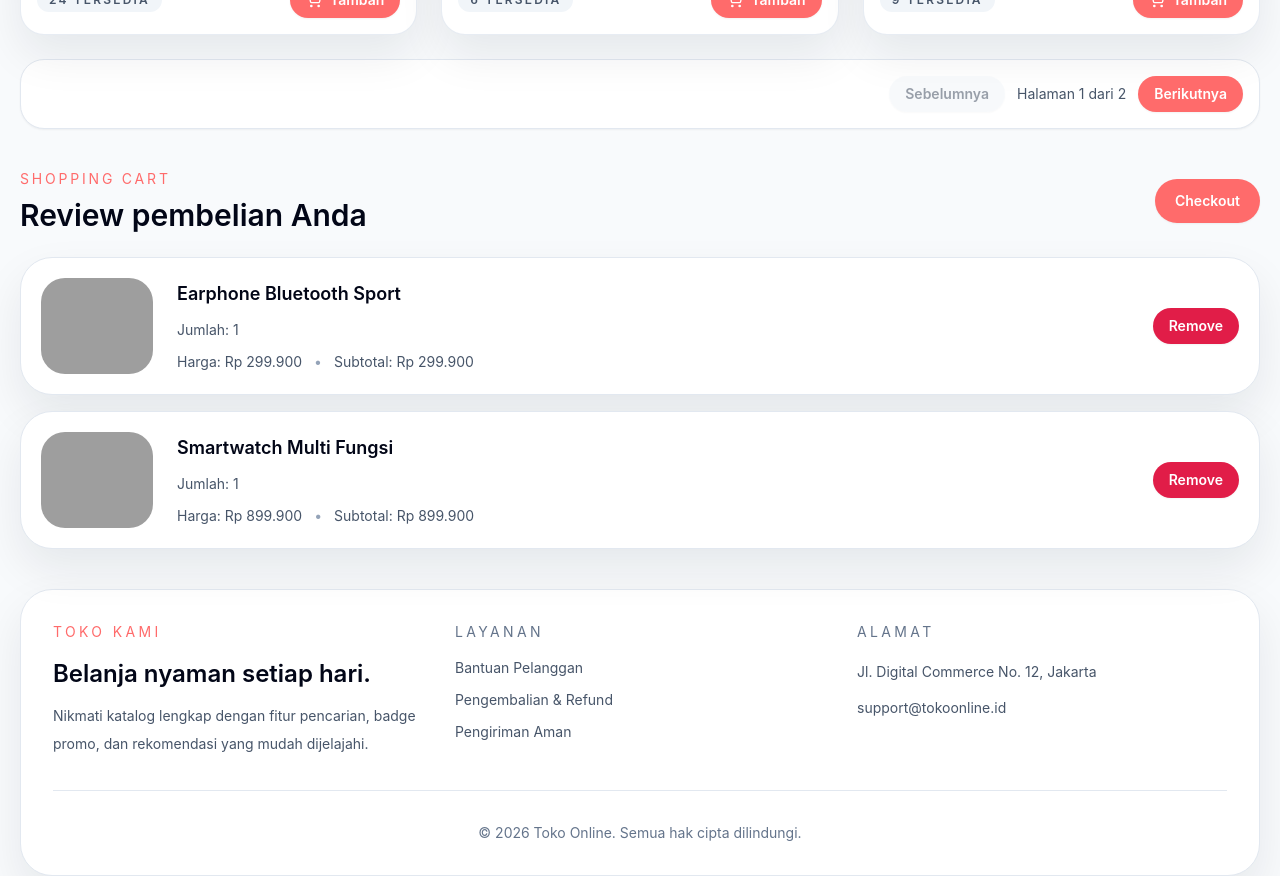
Repository: arifnurdian/taiwan-mobile-test
Page: /
The author's editor kept a copy of each file at every save. The page is drawn from the files as they stood at one save, then again after the next save.
The browser window is 1280 px wide. The pictures show the part of the page from y = 2226 to 3178 px (the page is 3102 px tall before and 3178 px after).
Pictures or frames that could not be fetched are drawn as grey boxes. The project was rebuilt for these pictures with package versions that can differ from the ones it lists, and the page was loaded fresh each time. The framework's server and built-in components were replaced by stand-ins that run in the browser. Also part of the build but not shown: next.config.mjs, components/RemoveCartItemDialog.tsx.

Above is the page before, as saved 2026-05-26 11:44:37.

### app/layout.tsx
import type { Metadata } from 'next';
import './globals.css';
import { ToastProvider } from '@/components/ToastProvider';
import { CartProvider } from '@/context/CartContext';

export const metadata: Metadata = {
  title: '精品商店 | Storefront',
  description: 'Halaman katalog toko online modern dengan Next.js, Tailwind CSS, dan komponen ShadCN style.',
};

export default function RootLayout({ children }: { children: React.ReactNode }) {
  return (
    <html lang="id">
      <body>
        <CartProvider>
          <ToastProvider>{children}</ToastProvider>
        </CartProvider>
      </body>
    </html>
  );
}

### app/page.tsx
'use client';

import { useMemo, useState } from 'react';
import { useRouter } from 'next/navigation';
import { Navbar } from '@/components/Navbar';
import { HeroBanner } from '@/components/HeroBanner';
import { PromoBanner } from '@/components/PromoBanner';
import { CategoryList } from '@/components/CategoryList';
import { CheckoutDialog } from '@/components/CheckoutDialog';
import { RemoveCartItemDialog } from '@/components/RemoveCartItemDialog';
import { ProductGrid } from '@/components/ProductGrid';
import { PaginationSection } from '@/components/PaginationSection';
import { Footer } from '@/components/Footer';
import { Card } from '@/components/ui/card';
import { Button } from '@/components/ui/button';
import { useCart } from '@/context/CartContext';
import { CartItem } from '@/types/cart';
import { categories } from '@/data/categories';
import { products as allProducts } from '@/data/products';
import { formatCurrency } from '@/lib/utils';
import {
  showAddToCartNotification,
  showCartErrorNotification,
  showCartUpdatedNotification,
} from '@/lib/cart-notification';

const PRODUCTS_PER_PAGE = 6;

export default function HomePage() {
  const [searchValue, setSearchValue] = useState('');
  const [selectedCategory, setSelectedCategory] = useState<string>('Semua');
  const { cart, addItem, removeItem, setCart, getTotalQuantity } = useCart();
  const [isCheckoutOpen, setIsCheckoutOpen] = useState(false);
  const [removeDialogOpen, setRemoveDialogOpen] = useState(false);
  const [selectedRemoveItem, setSelectedRemoveItem] = useState<CartItem | null>(null);
  const [page, setPage] = useState(1);

  const filteredProducts = useMemo(() => {
    const lowerSearch = searchValue.toLowerCase();
    const base = selectedCategory === 'Semua'
      ? allProducts
      : allProducts.filter((item) => item.category === selectedCategory);

    return base.filter((product) =>
      product.name.toLowerCase().includes(lowerSearch) ||
      product.category.toLowerCase().includes(lowerSearch),
    );
  }, [searchValue, selectedCategory]);

  const totalPages = Math.max(1, Math.ceil(filteredProducts.length / PRODUCTS_PER_PAGE));
  const currentPage = Math.min(page, totalPages);
  const pageProducts = filteredProducts.slice((currentPage - 1) * PRODUCTS_PER_PAGE, currentPage * PRODUCTS_PER_PAGE);

  const router = useRouter();

  const handleAddToCart = async (productId: number) => {
    const product = allProducts.find((item) => item.id === productId);
    if (!product) {
      showCartErrorNotification(() => router.push('/cart'));
      return;
    }

    try {
      const existingItem = cart.find((item) => item.id === productId);
      addItem(product);

      if (existingItem) {
        showCartUpdatedNotification(product, () => router.push('/cart'));
      } else {
        showAddToCartNotification(product, () => router.push('/cart'));
      }
    } catch (error) {
      showCartErrorNotification(() => router.push('/cart'));
    }
  };

  const handleCheckout = async () => {
    await new Promise((resolve) => setTimeout(resolve, 1200));
    setCart([]);
    setIsCheckoutOpen(false);
  };

  const handleRemoveItem = async (itemId: number) => {
    await new Promise((resolve) => setTimeout(resolve, 500));
    removeItem(itemId);
    setSelectedRemoveItem(null);
    setRemoveDialogOpen(false);
  };

  const openRemoveDialog = (item: CartItem) => {
    setSelectedRemoveItem(item);
    setRemoveDialogOpen(true);
  };

  const closeRemoveDialog = (open: boolean) => {
    if (!open) {
      setSelectedRemoveItem(null);
    }
    setRemoveDialogOpen(open);
  };

  return (
    <div className="min-h-screen bg-slate-50">
      <Navbar searchValue={searchValue} onSearchChange={(value) => { setSearchValue(value); setPage(1); }} />
      <main className="container py-8">
        <div className="space-y-10">
          <HeroBanner />
          <section className="grid gap-10">
            <div className="flex flex-col gap-4 sm:flex-row sm:items-center sm:justify-between">
              <div>
                <p className="text-sm uppercase tracking-[0.2em] text-brand">Koleksi Terkini</p>
                <h2 className="mt-2 text-3xl font-semibold text-slate-950">Telusuri produk dengan cepat</h2>
              </div>
              <div className="flex flex-wrap gap-2">
                <Button
                  className={`rounded-full border px-4 py-2 text-sm font-semibold ${selectedCategory === 'Semua' ? 'border-brand bg-brand text-white' : 'border-slate-200 bg-white text-slate-900'}`}
                  onClick={() => { setSelectedCategory('Semua'); setPage(1); }}
                >
                  Semua
                </Button>
                {categories.map((category) => (
                  <Button
                    key={category.id}
                    className={`rounded-full border px-4 py-2 text-sm font-semibold ${selectedCategory === category.name ? 'border-brand bg-brand text-white' : 'border-slate-200 bg-white text-slate-900'}`}
                    onClick={() => { setSelectedCategory(category.name); setPage(1); }}
                  >
                    {category.name}
                  </Button>
                ))}
              </div>
            </div>
            <PromoBanner />
          </section>
          <section className="space-y-6">
            <div className="flex flex-col gap-3 sm:flex-row sm:items-center sm:justify-between">
              <div>
                <p className="text-sm uppercase tracking-[0.2em] text-brand">Kategori Pilihan</p>
                <h2 className="mt-2 text-3xl font-semibold text-slate-950">Temukan barang favorit</h2>
              </div>
              <p className="text-sm text-slate-600">Menampilkan {filteredProducts.length} produk untuk {selectedCategory.toLowerCase()}.</p>
            </div>
            <CategoryList />
          </section>
          <section className="space-y-6">
            <div className="flex flex-col gap-3 sm:flex-row sm:items-center sm:justify-between">
              <div>
                <p className="text-sm uppercase tracking-[0.2em] text-brand">Katalog Produk</p>
                <h2 className="mt-2 text-3xl font-semibold text-slate-950">Pilihan terbaik untuk Anda</h2>
              </div>
              <div className="flex items-center gap-3 text-sm text-slate-600">
                <span>{filteredProducts.length} hasil</span>
                <span className="hidden sm:inline">·</span>
                <span>{currentPage} / {totalPages}</span>
              </div>
            </div>
            <ProductGrid products={pageProducts} onAddToCart={handleAddToCart} />
            <PaginationSection page={currentPage} totalPages={totalPages} onChange={setPage} />
          </section>
          <section className="space-y-6">
            <div className="flex flex-col gap-3 sm:flex-row sm:items-center sm:justify-between">
              <div>
                <p className="text-sm uppercase tracking-[0.2em] text-brand">Shopping Cart</p>
                <h2 className="mt-2 text-3xl font-semibold text-slate-950">Review pembelian Anda</h2>
              </div>
              <Button
                className="rounded-full bg-brand px-5 py-3 text-sm text-white hover:bg-brand-dark disabled:bg-slate-300 disabled:text-slate-600"
                onClick={() => setIsCheckoutOpen(true)}
                disabled={cart.length === 0}
              >
                Checkout
              </Button>
            </div>
            {cart.length === 0 ? (
              <div className="rounded-[2rem] border border-slate-200 bg-white p-8 text-slate-600">
                Keranjang Anda kosong. Tambahkan produk untuk melihat ringkasan pesanan.
              </div>
            ) : (
              <div className="grid gap-4">
                {cart.map((item) => (
                  <Card key={item.id} className="grid gap-4 rounded-[2rem] border border-slate-200 bg-white p-5 md:grid-cols-[120px_1fr_auto] md:items-center">
                    <img src={item.image} alt={item.name} className="h-28 w-full rounded-3xl object-cover md:h-24 md:w-28" />
                    <div className="space-y-3">
                      <p className="text-lg font-semibold text-slate-950">{item.name}</p>
                      <p className="text-sm text-slate-600">Jumlah: {item.quantity}</p>
                      <div className="flex flex-wrap items-center gap-3 text-sm text-slate-600">
                        <span>Harga: {formatCurrency(item.price)}</span>
                        <span className="text-slate-400">•</span>
                        <span>Subtotal: {formatCurrency(item.price * item.quantity)}</span>
                      </div>
                    </div>
                    <Button
                      className="self-start rounded-full bg-rose-600 px-4 py-2 text-sm text-white hover:bg-rose-700 md:self-center"
                      onClick={() => openRemoveDialog(item)}
                    >
                      Remove
                    </Button>
                  </Card>
                ))}
              </div>
            )}
          </section>
          <Footer />
          <CheckoutDialog open={isCheckoutOpen} onOpenChange={setIsCheckoutOpen} items={cart} onCheckout={handleCheckout} />
          {selectedRemoveItem && (
            <RemoveCartItemDialog
              open={removeDialogOpen}
              onOpenChange={closeRemoveDialog}
              item={selectedRemoveItem}
              onRemove={handleRemoveItem}
            />
          )}
        </div>
      </main>
    </div>
  );
}

### components/ToastProvider.tsx
'use client';

import { type ReactNode } from 'react';
import { Toaster } from 'sonner';

interface ToastProviderProps {
  children: ReactNode;
}

export function ToastProvider({ children }: ToastProviderProps) {
  return (
    <>
      <Toaster richColors position="bottom-right" closeButton />
      {children}
    </>
  );
}

### context/CartContext.tsx
'use client';

import { createContext, useCallback, useContext, useMemo, useState, type ReactNode } from 'react';
import { type CartItem } from '@/types/cart';
import { getTotalCartItems, getTotalCartQuantity } from '@/lib/cart-utils';
import { type Product } from '@/data/products';

interface CartContextValue {
  cart: CartItem[];
  setCart: React.Dispatch<React.SetStateAction<CartItem[]>>;
  addItem: (product: Product) => void;
  removeItem: (id: number) => void;
  updateQuantity: (id: number, quantity: number) => void;
  getTotalQuantity: () => number;
  getTotalItems: () => number;
}

const CartContext = createContext<CartContextValue | undefined>(undefined);

const initialCartItems: CartItem[] = [
  {
    id: 1,
    name: 'Earphone Bluetooth Sport',
    image: 'https://images.unsplash.com/photo-1518444823824-0b31c8f0d34d?auto=format&fit=crop&w=800&q=80',
    price: 299900,
    quantity: 1,
  },
  {
    id: 2,
    name: 'Smartwatch Multi Fungsi',
    image: 'https://images.unsplash.com/photo-1517430816045-df4b7de5a315?auto=format&fit=crop&w=800&q=80',
    price: 899900,
    quantity: 1,
  },
];

interface CartProviderProps {
  children: ReactNode;
}

export function CartProvider({ children }: CartProviderProps) {
  const [cart, setCart] = useState<CartItem[]>(initialCartItems);

  const addItem = useCallback((product: Product) => {
    setCart((current) => {
      const existingItem = current.find((item) => item.id === product.id);
      if (existingItem) {
        return current.map((item) =>
          item.id === product.id ? { ...item, quantity: item.quantity + 1 } : item,
        );
      }

      return [
        ...current,
        {
          id: product.id,
          name: product.name,
          image: product.image,
          price: product.price,
          quantity: 1,
        },
      ];
    });
  }, []);

  const removeItem = useCallback((id: number) => {
    setCart((current) => current.filter((item) => item.id !== id));
  }, []);

  const updateQuantity = useCallback((id: number, quantity: number) => {
    setCart((current) =>
      current
        .map((item) => (item.id === id ? { ...item, quantity: Math.max(0, quantity) } : item))
        .filter((item) => item.quantity > 0),
    );
  }, []);

  const totalQuantity = useMemo(() => getTotalCartQuantity(cart), [cart]);
  const totalItems = useMemo(() => getTotalCartItems(cart), [cart]);

  const getTotalQuantity = useCallback(() => totalQuantity, [totalQuantity]);
  const getTotalItems = useCallback(() => totalItems, [totalItems]);

  const value = useMemo(
    () => ({ cart, setCart, addItem, removeItem, updateQuantity, getTotalQuantity, getTotalItems }),
    [cart, addItem, removeItem, updateQuantity, getTotalQuantity, getTotalItems],
  );

  return <CartContext.Provider value={value}>{children}</CartContext.Provider>;
}

export function useCart() {
  const context = useContext(CartContext);
  if (!context) {
    throw new Error('useCart must be used within CartProvider');
  }
  return context;
}

### data/categories.ts
export const categories = [
  { id: 1, name: 'Elektronik', icon: '⚡', description: 'Gadget populer untuk pekerjaan dan hiburan' },
  { id: 2, name: 'Rumah & Dapur', icon: '🏠', description: 'Peralatan rumah yang fungsional dan stylish' },
  { id: 3, name: 'Fashion', icon: '👗', description: 'Busana kasual dan trendi setiap hari' },
  { id: 4, name: 'Olahraga', icon: '🏃', description: 'Perlengkapan aktifitas dan fitness' },
];

### lib/utils.ts
import { type ClassValue, clsx } from 'clsx';
import { twMerge } from 'tailwind-merge';

export function cn(...inputs: ClassValue[]) {
  return twMerge(clsx(inputs));
}

export function formatCurrency(value: number) {
  return new Intl.NumberFormat('id-ID', {
    style: 'currency',
    currency: 'IDR',
    maximumFractionDigits: 0,
  }).format(value);
}

### components/SearchBar.tsx
import { Input } from '@/components/ui/input';
import { LucideSearch } from 'lucide-react';

interface SearchBarProps {
  value: string;
  onChange: (value: string) => void;
}

export function SearchBar({ value, onChange }: SearchBarProps) {
  return (
    <div className="relative w-full max-w-2xl">
      <LucideSearch className="pointer-events-none absolute left-4 top-1/2 h-4 w-4 -translate-y-1/2 text-slate-400" />
      <Input
        value={value}
        onChange={(event) => onChange(event.target.value)}
        placeholder="Cari produk, kategori, atau merek..."
        className="pl-11"
      />
    </div>
  );
}

### components/ui/separator.tsx
import * as React from 'react';
import { type HTMLAttributes } from 'react';
import { cn } from '@/lib/utils';

export interface SeparatorProps extends HTMLAttributes<HTMLHRElement> {}

const Separator = React.forwardRef<HTMLHRElement, SeparatorProps>(({ className, ...props }, ref) => (
  <hr ref={ref} className={cn('border-slate-200', className)} {...props} />
));
Separator.displayName = 'Separator';

export { Separator };

### components/ui/scroll-area.tsx
import * as React from 'react';
import { type HTMLAttributes, type ReactNode } from 'react';
import { cn } from '@/lib/utils';

interface ScrollAreaProps extends HTMLAttributes<HTMLDivElement> {
  children: ReactNode;
}

export function ScrollArea({ className, children, ...props }: ScrollAreaProps) {
  return (
    <div className={cn('overflow-y-auto pr-2', className)} {...props}>
      {children}
    </div>
  );
}

Loaded but not shown: components/CheckoutDialog.tsx (109 lines, source omitted); data/products.ts (185 lines, source omitted); components/ProductCard.tsx (65 lines, source omitted); components/HeroBanner.tsx (45 lines, source omitted); components/ui/dialog.tsx (62 lines, source omitted); components/Navbar.tsx (44 lines, source omitted); components/Footer.tsx (32 lines, source omitted); lib/cart-notification.ts (40 lines, source omitted); components/PaginationSection.tsx (21 lines, source omitted); components/CategoryCard.tsx (27 lines, source omitted); components/PromoBanner.tsx (22 lines, source omitted); components/ui/button.tsx (26 lines, source omitted); components/ui/input.tsx (20 lines, source omitted); components/ProductPrice.tsx (19 lines, source omitted); components/ProductRating.tsx (19 lines, source omitted); components/ui/badge.tsx (22 lines, source omitted); app/globals.css (40 lines, source omitted); components/ProductBadge.tsx (16 lines, source omitted); components/ui/card.tsx (19 lines, source omitted); components/ProductGrid.tsx (17 lines, source omitted); data/promotions.ts (20 lines, source omitted); lib/product-search.ts (14 lines, source omitted); tailwind.config.ts (25 lines, source omitted); components/CategoryList.tsx (17 lines, source omitted); lib/cart-utils.ts (17 lines, source omitted)

After the next save:
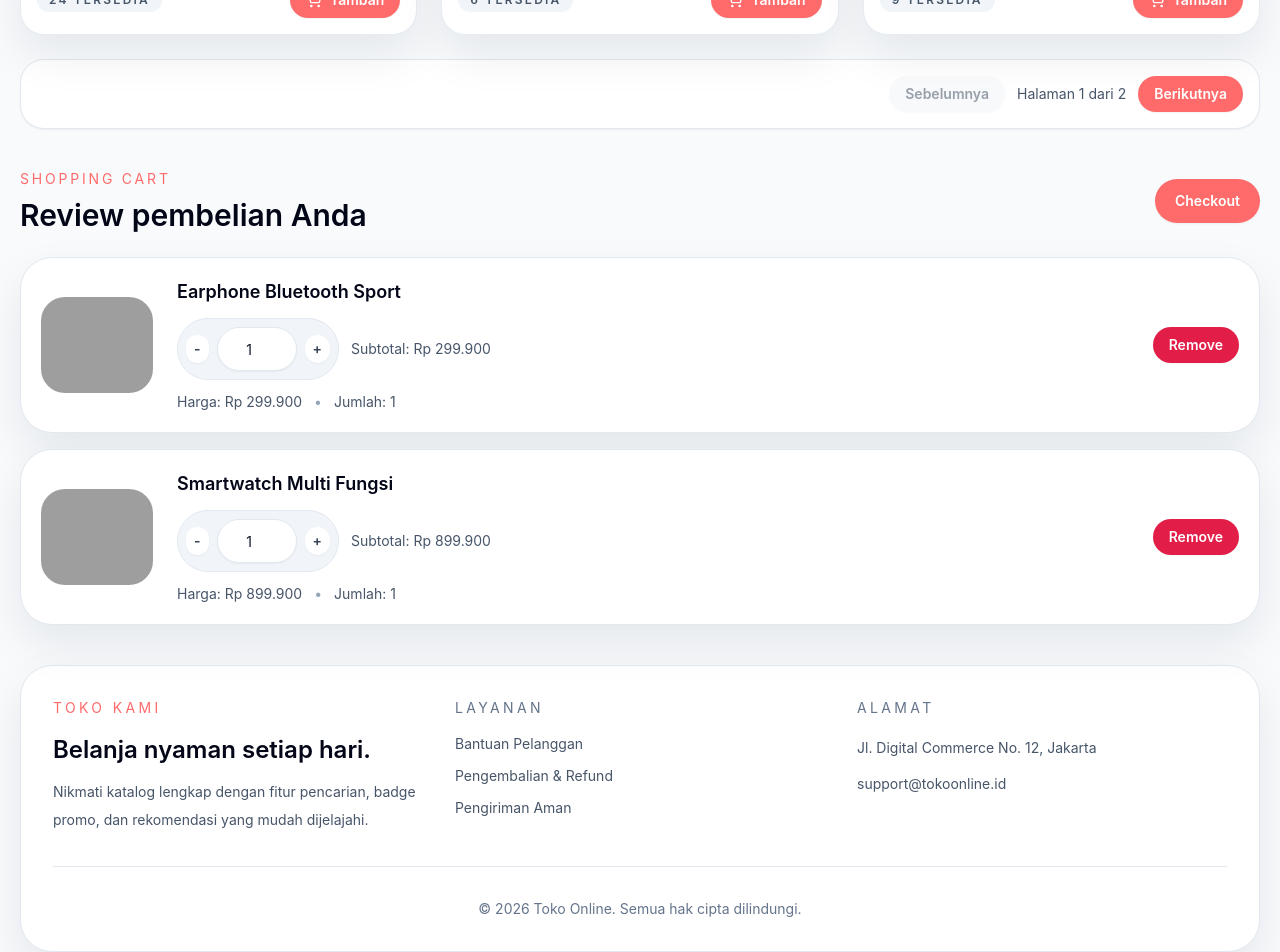
Saved 28 s later.
--- a/app/page.tsx
+++ b/app/page.tsx
@@ -13,11 +13,13 @@ import { PaginationSection } from '@/components/PaginationSection';
 import { Footer } from '@/components/Footer';
 import { Card } from '@/components/ui/card';
 import { Button } from '@/components/ui/button';
+import { Input } from '@/components/ui/input';
 import { useCart } from '@/context/CartContext';
 import { CartItem } from '@/types/cart';
 import { categories } from '@/data/categories';
 import { products as allProducts } from '@/data/products';
 import { formatCurrency } from '@/lib/utils';
+import { searchProducts } from '@/lib/product-search';
 import {
   showAddToCartNotification,
   showCartErrorNotification,
@@ -29,22 +31,18 @@ const PRODUCTS_PER_PAGE = 6;
 export default function HomePage() {
   const [searchValue, setSearchValue] = useState('');
   const [selectedCategory, setSelectedCategory] = useState<string>('Semua');
-  const { cart, addItem, removeItem, setCart, getTotalQuantity } = useCart();
+  const { cart, addItem, removeItem, setCart, updateQuantity, getTotalQuantity } = useCart();
   const [isCheckoutOpen, setIsCheckoutOpen] = useState(false);
   const [removeDialogOpen, setRemoveDialogOpen] = useState(false);
   const [selectedRemoveItem, setSelectedRemoveItem] = useState<CartItem | null>(null);
   const [page, setPage] = useState(1);
 
   const filteredProducts = useMemo(() => {
-    const lowerSearch = searchValue.toLowerCase();
     const base = selectedCategory === 'Semua'
       ? allProducts
       : allProducts.filter((item) => item.category === selectedCategory);
 
-    return base.filter((product) =>
-      product.name.toLowerCase().includes(lowerSearch) ||
-      product.category.toLowerCase().includes(lowerSearch),
-    );
+    return searchProducts(base, searchValue);
   }, [searchValue, selectedCategory]);
 
   const totalPages = Math.max(1, Math.ceil(filteredProducts.length / PRODUCTS_PER_PAGE));
@@ -181,11 +179,38 @@ export default function HomePage() {
                     <img src={item.image} alt={item.name} className="h-28 w-full rounded-3xl object-cover md:h-24 md:w-28" />
                     <div className="space-y-3">
                       <p className="text-lg font-semibold text-slate-950">{item.name}</p>
-                      <p className="text-sm text-slate-600">Jumlah: {item.quantity}</p>
+                      <div className="flex flex-col gap-3 sm:flex-row sm:items-center">
+                        <div className="flex items-center gap-2 rounded-full border border-slate-200 bg-slate-100 p-2">
+                          <Button
+                            type="button"
+                            className="rounded-full bg-white px-2 py-1 text-slate-700 hover:bg-slate-200"
+                            onClick={() => updateQuantity(item.id, item.quantity - 1)}
+                          >
+                            -
+                          </Button>
+                          <Input
+                            type="number"
+                            min={1}
+                            value={item.quantity}
+                            onChange={(event) => updateQuantity(item.id, Number(event.target.value))}
+                            className="w-20 text-center text-sm"
+                          />
+                          <Button
+                            type="button"
+                            className="rounded-full bg-white px-2 py-1 text-slate-700 hover:bg-slate-200"
+                            onClick={() => updateQuantity(item.id, item.quantity + 1)}
+                          >
+                            +
+                          </Button>
+                        </div>
+                        <div className="text-sm text-slate-600">
+                          Subtotal: {formatCurrency(item.price * item.quantity)}
+                        </div>
+                      </div>
                       <div className="flex flex-wrap items-center gap-3 text-sm text-slate-600">
                         <span>Harga: {formatCurrency(item.price)}</span>
                         <span className="text-slate-400">•</span>
-                        <span>Subtotal: {formatCurrency(item.price * item.quantity)}</span>
+                        <span>Jumlah: {item.quantity}</span>
                       </div>
                     </div>
                     <Button
--- a/context/CartContext.tsx
+++ b/context/CartContext.tsx
@@ -68,10 +68,12 @@ export function CartProvider({ children }: CartProviderProps) {
   }, []);
 
   const updateQuantity = useCallback((id: number, quantity: number) => {
+    const sanitizedQuantity = Number.isFinite(quantity) ? Math.max(1, Math.floor(quantity)) : 1;
+
     setCart((current) =>
-      current
-        .map((item) => (item.id === id ? { ...item, quantity: Math.max(0, quantity) } : item))
-        .filter((item) => item.quantity > 0),
+      current.map((item) =>
+        item.id === id ? { ...item, quantity: sanitizedQuantity } : item,
+      ),
     );
   }, []);
 
--- a/components/SearchBar.tsx
+++ b/components/SearchBar.tsx
@@ -1,12 +1,13 @@
 import { Input } from '@/components/ui/input';
-import { LucideSearch } from 'lucide-react';
+import { LucideSearch, X } from 'lucide-react';
 
 interface SearchBarProps {
   value: string;
   onChange: (value: string) => void;
+  onClear?: () => void;
 }
 
-export function SearchBar({ value, onChange }: SearchBarProps) {
+export function SearchBar({ value, onChange, onClear }: SearchBarProps) {
   return (
     <div className="relative w-full max-w-2xl">
       <LucideSearch className="pointer-events-none absolute left-4 top-1/2 h-4 w-4 -translate-y-1/2 text-slate-400" />
@@ -14,8 +15,18 @@ export function SearchBar({ value, onChange }: SearchBarProps) {
         value={value}
         onChange={(event) => onChange(event.target.value)}
         placeholder="Cari produk, kategori, atau merek..."
-        className="pl-11"
+        className="pr-11 pl-11"
       />
+      {onClear && value.length > 0 ? (
+        <button
+          type="button"
+          onClick={onClear}
+          className="absolute right-3 top-1/2 inline-flex h-8 w-8 -translate-y-1/2 items-center justify-center rounded-full bg-slate-100 text-slate-500 transition hover:bg-slate-200"
+          aria-label="Clear search"
+        >
+          <X className="h-4 w-4" />
+        </button>
+      ) : null}
     </div>
   );
 }
